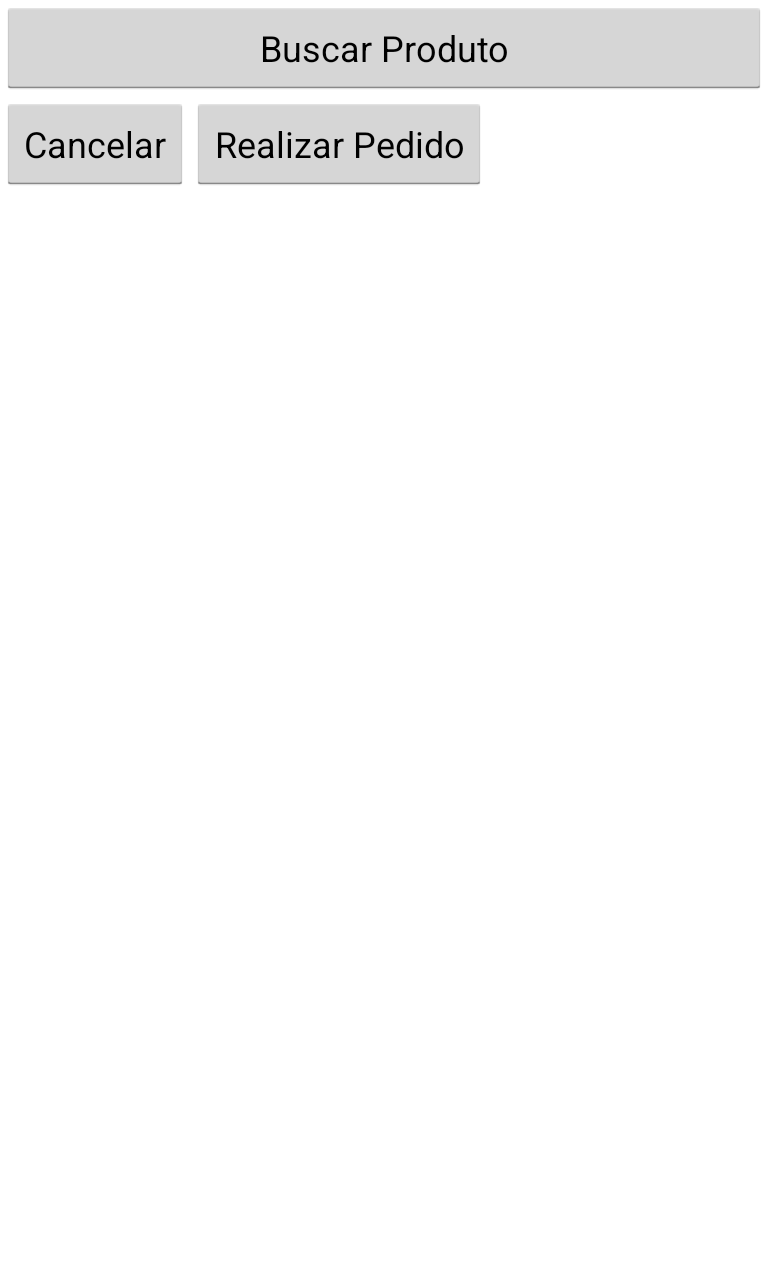
Repository: tmalveirac/mobpdv
Layout: WorkspaceAndroid/MobPDVProjet/res/layout/activity_pedido.xml
An editor plug-in stored every save of this project. The layout is shown before and after a run of saves, followed by the edit.
It is drawn on a 768 x 1280 px phone screen (xhdpi) without system bars, with theme AppTheme; the app's code is not run.

Above is the layout before, as saved 2013-05-21 13:26:34.

### WorkspaceAndroid/MobPDVProjet/res/layout/activity_pedido.xml
<LinearLayout xmlns:android="http://schemas.android.com/apk/res/android"
    xmlns:tools="http://schemas.android.com/tools"
      android:id="@+id/pedido_form"
    android:layout_width="fill_parent"
    android:layout_height="fill_parent"
    android:orientation="vertical"

    tools:context=".PedidoActivity" >

    <Button
        android:id="@+id/btnBpdt"
        android:layout_width="fill_parent"
        android:layout_height="wrap_content"
        android:text="@string/btnBpdt" />

    <LinearLayout
        android:id="@+id/pedido_foot"
        android:orientation="horizontal"
        android:layout_width="fill_parent"
    	android:layout_height="wrap_content"
                >

        <Button
            android:id="@+id/btnCancelarPedido"
            android:layout_width="wrap_content"
            android:layout_height="wrap_content"
            android:layout_gravity="left"
            android:text="@string/btnCancelarPedido" />

        <Button
            android:id="@+id/btnRealizarPedido"
            android:layout_width="wrap_content"
            android:layout_height="wrap_content"
            android:layout_gravity="right"
            android:text="@string/btnRealizarPedido" />

    </LinearLayout>

</LinearLayout>

### WorkspaceAndroid/MobPDVProjet/res/values/strings.xml
<?xml version="1.0" encoding="utf-8"?>
<resources>

    <string name="app_name">MobPDV</string>
    <string name="action_settings">Configurações</string>
    <string name="hello_world">Hello world!</string>
    <string name="btnAbrCxa">Abrir Caixa</string>
    <string name="btnIniVda">Iniciar Venda</string>
    <string name="btnFecCxa">Fechar Caixa</string>
    <string name="btnVerCdp">Ver Cardápio</string>
    <string name="btnBpdt">Buscar Produto</string>
    <string name="title_activity_ciclo_vida">CicloVida</string>
    <string name="title_activity_pedido">Pedido</string>
    <string name="title_activity_cardapio">Cardapio</string>
    <string name="txtMain">MobPDV</string>
    <string name="btnCancelarPedido">Cancelar</string>
    <string name="btnRealizarPedido">Realizar Pedido</string>


</resources>

Loaded but not shown: WorkspaceAndroid/MobPDVProjet/res/values/styles.xml (common file); WorkspaceAndroid/MobPDVProjet/res/values-v11/styles.xml (common file); WorkspaceAndroid/MobPDVProjet/res/values-v14/styles.xml (common file)

After the next 2 saves:
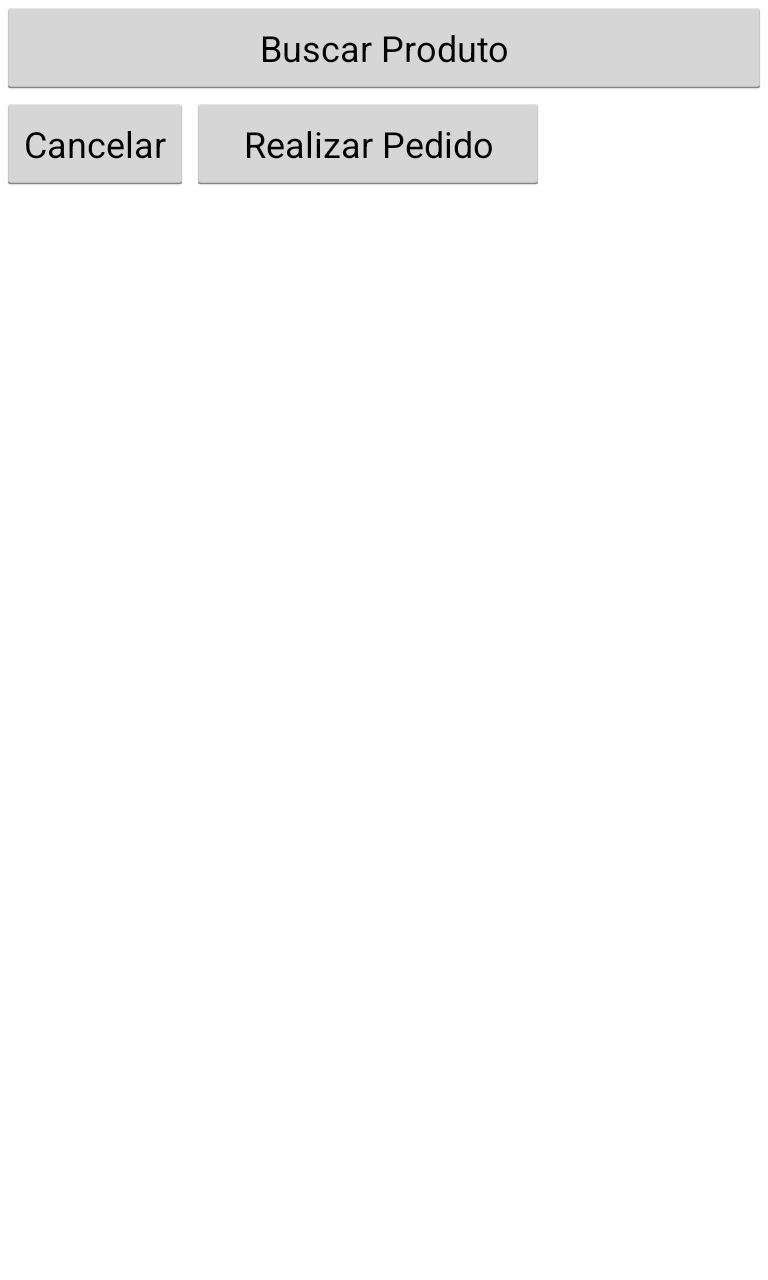
The 2 saves are shown as one change because they came seconds apart.
The last was saved 4 min 5 s later.
--- a/WorkspaceAndroid/MobPDVProjet/res/layout/activity_pedido.xml
+++ b/WorkspaceAndroid/MobPDVProjet/res/layout/activity_pedido.xml
@@ -24,14 +24,12 @@
             android:id="@+id/btnCancelarPedido"
             android:layout_width="wrap_content"
             android:layout_height="wrap_content"
-            android:layout_gravity="left"
             android:text="@string/btnCancelarPedido" />
 
         <Button
             android:id="@+id/btnRealizarPedido"
-            android:layout_width="wrap_content"
+            android:layout_width="178dp"
             android:layout_height="wrap_content"
-            android:layout_gravity="right"
             android:text="@string/btnRealizarPedido" />
 
     </LinearLayout>
